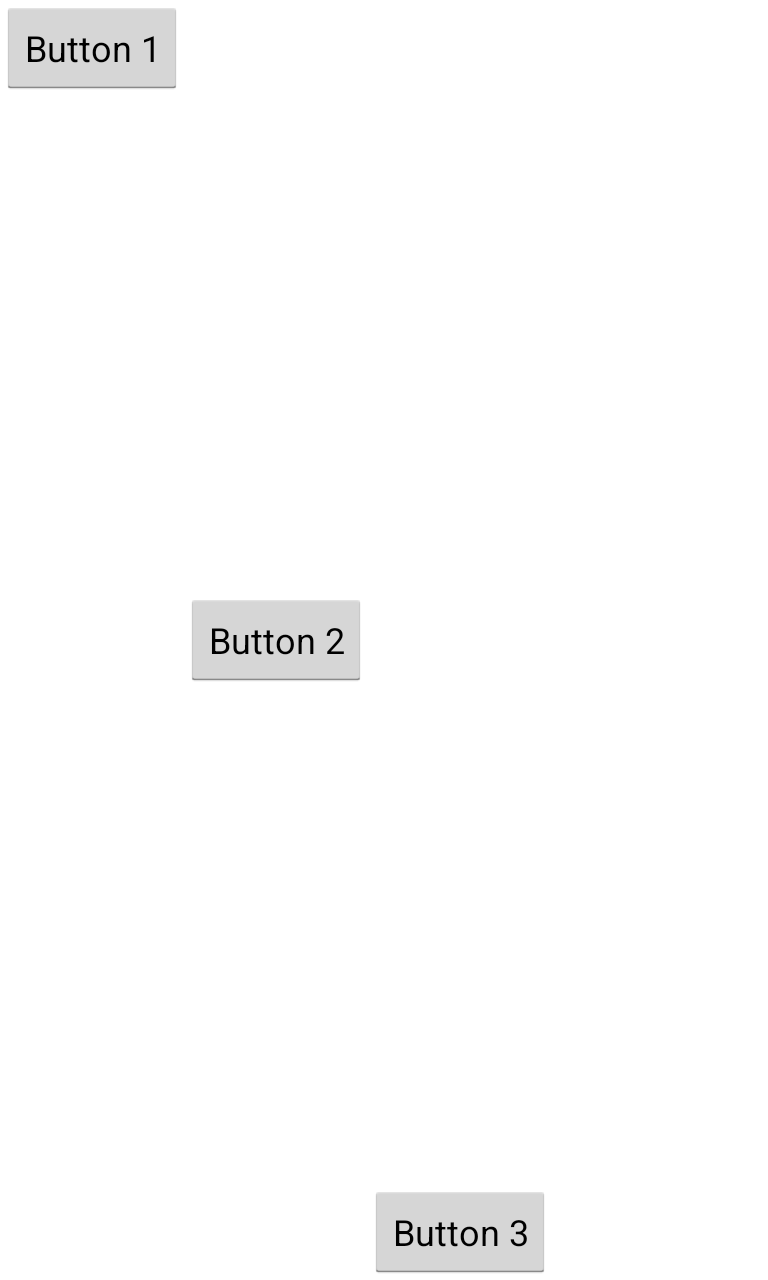
Repository: Wang-Xuan/Hello-World
Layout: UILayoutTest/res/layout/activity_main.xml
An editor plug-in stored every save of this project. The layout is shown before and after the next save, followed by the edit.
It is drawn on a 768 x 1280 px phone screen (xhdpi) without system bars, with theme AppTheme; the app's code is not run.

Above is the layout before, as saved 2014-12-07 05:24:23.

After the next save:
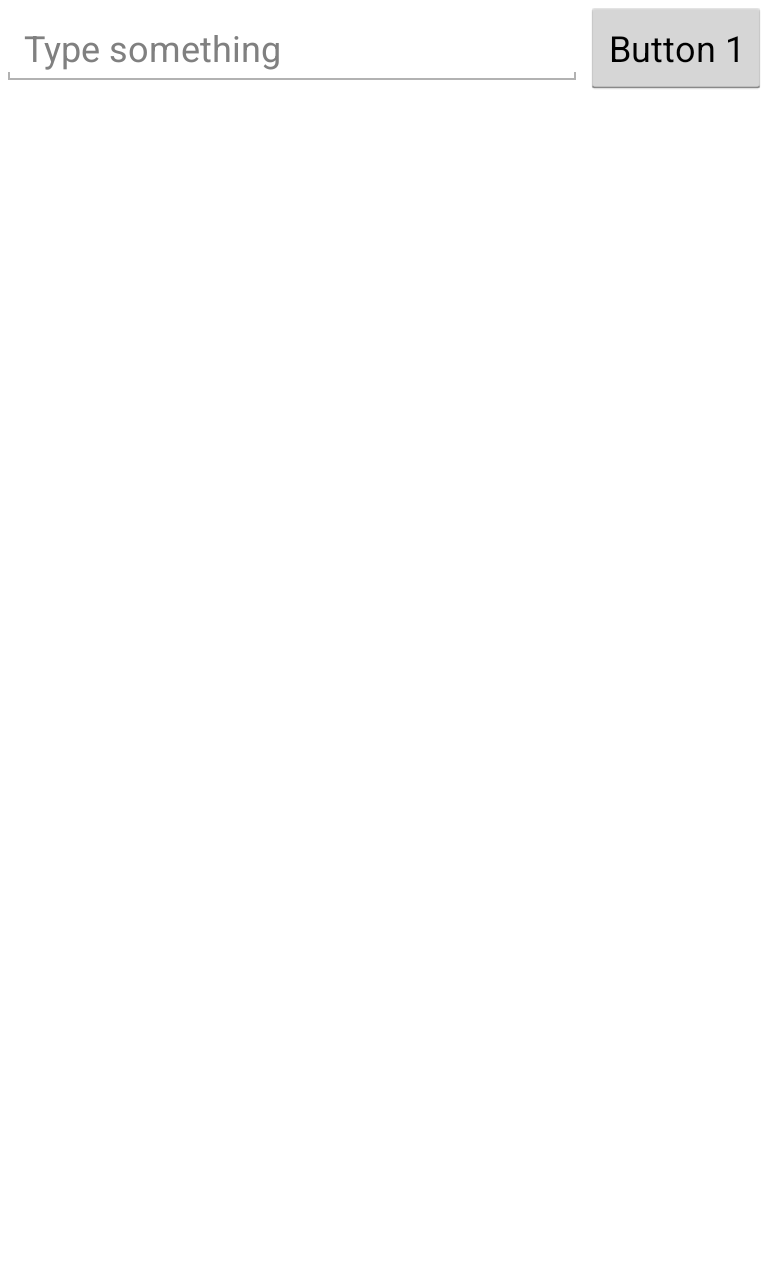
Saved 23 min 54 s later.
--- a/UILayoutTest/res/layout/activity_main.xml
+++ b/UILayoutTest/res/layout/activity_main.xml
@@ -3,6 +3,13 @@
     android:layout_width="match_parent"
     android:layout_height="match_parent"
 	android:orientation="horizontal" >
+
+    <EditText
+        android:id="@+id/input_message"
+        android:layout_width="0dp"
+        android:layout_height="wrap_content"
+        android:layout_weight="1"
+        android:hint="Type something" />
 
 	<Button
 	    android:id="@+id/button1"
@@ -11,18 +18,4 @@
 	    android:layout_gravity="top"
 	    android:text="Button 1" />
 
-	<Button
-	    android:id="@+id/button2"
-	    android:layout_width="wrap_content"
-	    android:layout_height="wrap_content"
-	    android:layout_gravity="center_vertical"
-	    android:text="Button 2" />
-
-	<Button
-	    android:id="@+id/button3"
-	    android:layout_width="wrap_content"
-	    android:layout_height="wrap_content"
-	    android:layout_gravity="bottom"
-	    android:text="Button 3" />
-
 </LinearLayout>
